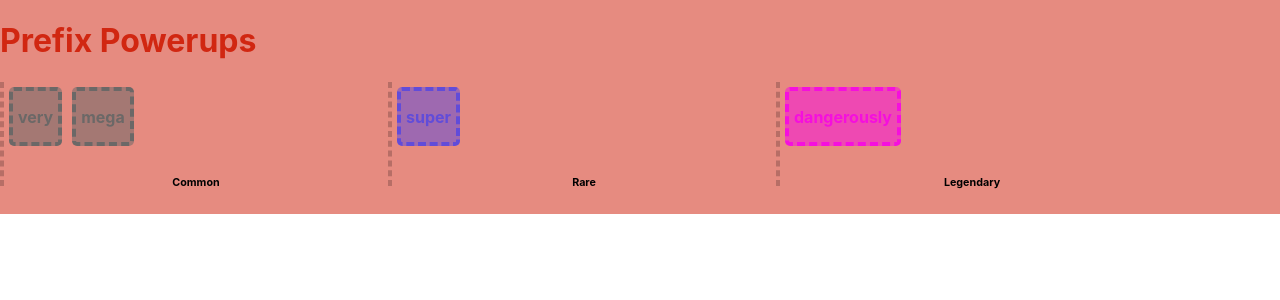
Repository: bsalgado98/buns-inator
Page: /
These files come from the project's save history. The page is drawn as it stood at one moment and after the next save; the edit follows.
The browser window is 1280 px wide. The pictures show the whole page.
The project was rebuilt for these pictures with package versions that can differ from the ones it lists, and the page was loaded fresh each time.

Above is the page before, as saved 2022-04-25 22:41:26.

After the next save:
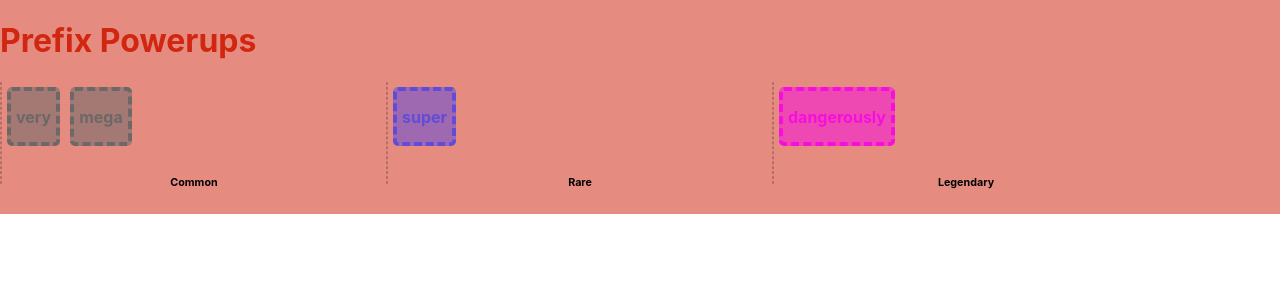
Saved 4 s later.
--- a/src/components/WordBank/WordBank.js
+++ b/src/components/WordBank/WordBank.js
@@ -41,7 +41,7 @@ const WordBank = ({ bankTitle = "N/A", color = "#000000", wordCollection = [] })
             style: {
                 height: '100px',
                 width: '0px',
-                border: '2px dashed black',
+                border: '1px dashed black',
                 opacity: '0.2'
             }
         }
